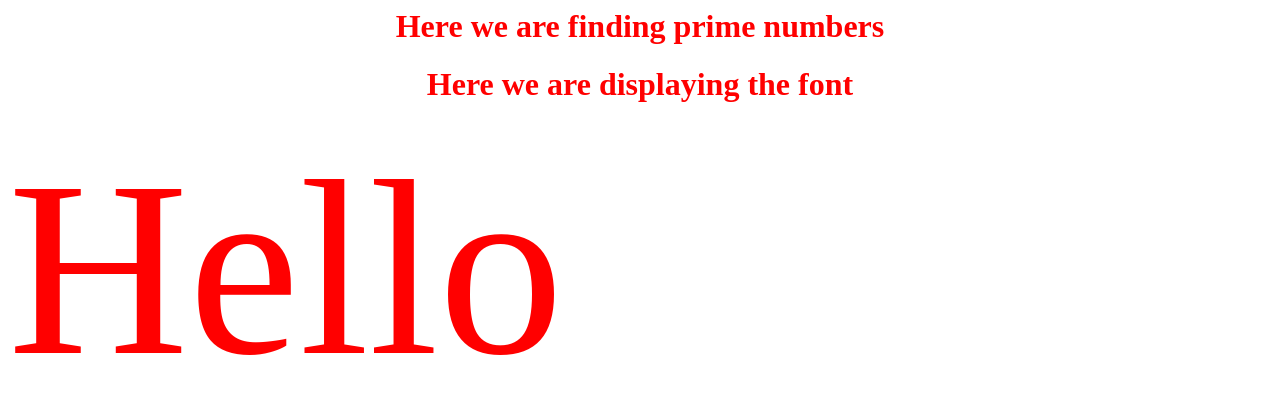
Repository: AbhishekSinghChouhan45/JSP-Projects
Page: http://localhost/JSP-22PrimeNumberFromCustomeTag/
These files come from the project's save history. The page is drawn as it stood at one moment and after the next save; the edit follows.
The browser window is 1280 px wide. The pictures show the whole page.
The page is served by Tomcat 10.

Above is the page before, as saved 2023-12-07 04:59:17.

After the next save:
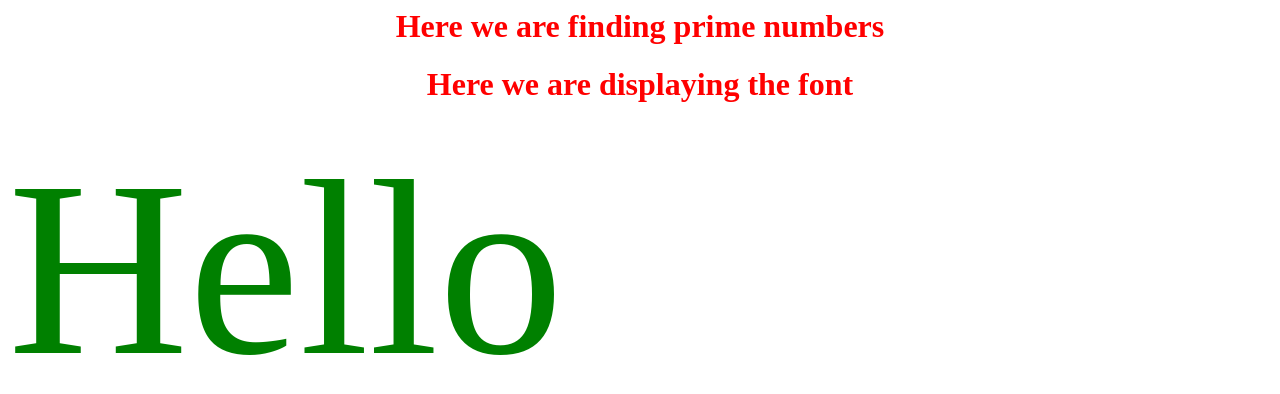
Saved 55 s later.
--- a/JSP-22PrimeNumberFromCustomeTag/src/main/webapp/index.jsp
+++ b/JSP-22PrimeNumberFromCustomeTag/src/main/webapp/index.jsp
@@ -2,4 +2,4 @@
 <h1 style="color: red;text-align: center">Here we are finding prime numbers</h1>
 <%-- <fprime:find x="20"/> --%>
 <h1 style="color: red;text-align: center">Here we are displaying the font </h1>
-<fprime:dis font="Display" size="250">Hello</fprime:dis>
+<fprime:dis font="Display" size="250" color="Green">Hello</fprime:dis>
